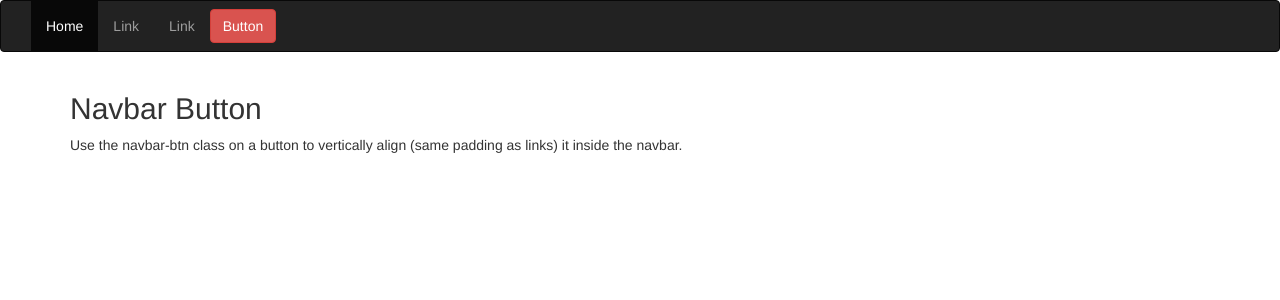
Repository: AvantiKopulwar/Task-Workspace
Page: http://localhost/AdminStudentLogin/homePage.jsp
These files come from the project's save history. The page is drawn as it stood at one moment and after the next save; the edit follows.
The browser window is 1280 px wide. The pictures show the whole page.
The page is served by Tomcat 9. Nobody is signed in. The application's start-up code is not run.

Above is the page before, as saved 2018-10-01 13:35:48.

After the next save:
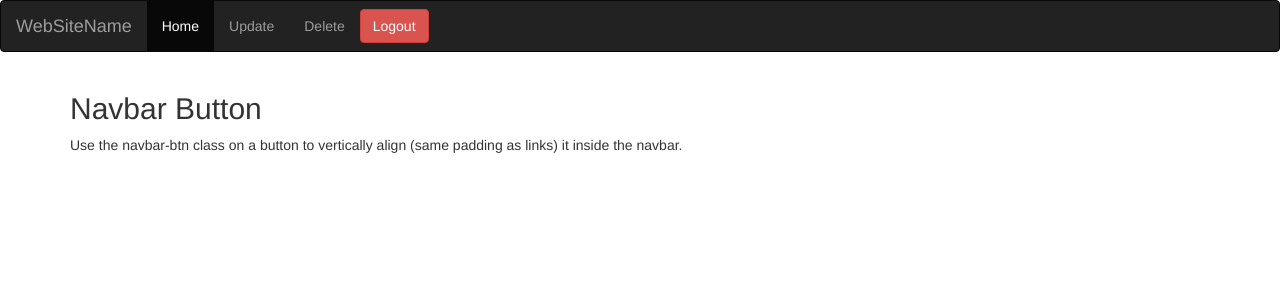
Saved 56 s later.
--- a/AdminStudentLogin/WebContent/homePage.jsp
+++ b/AdminStudentLogin/WebContent/homePage.jsp
@@ -15,14 +15,14 @@
 <nav class="navbar navbar-inverse">
   <div class="container-fluid">
     <div class="navbar-header">
-      <a class="navbar-brand" href="#"></a>
+      <a class="navbar-brand" href="#">WebSiteName</a>
     </div>
     <ul class="nav navbar-nav">
       <li class="active"><a href="#">Home</a></li>
-      <li><a href="#">Link</a></li>
-      <li><a href="#">Link</a></li>
+      <li><a href="#">Update</a></li>
+      <li><a href="#">Delete</a></li>
     </ul>
-    <button class="btn btn-danger navbar-btn">Button</button>
+    <button class="btn btn-danger navbar-btn">Logout</button>
   </div>
 </nav>
 
